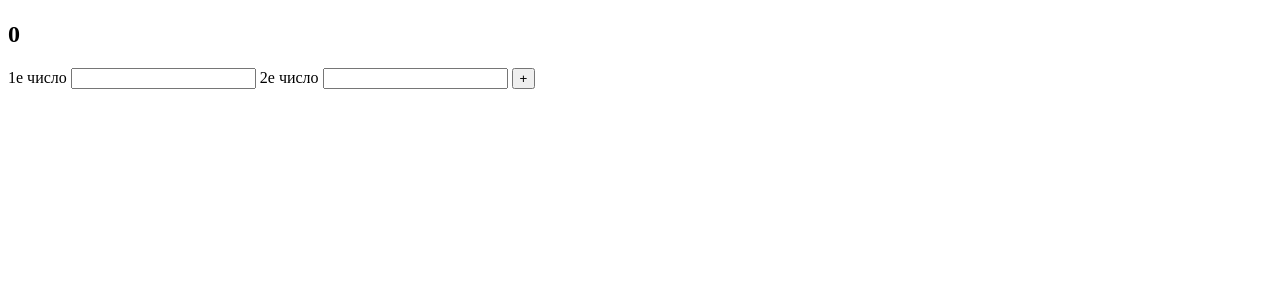
Repository: Serkebaeva/Phoenix
Page: index.html
The author's editor kept a copy of each file at every save. The page is drawn from the files as they stood at one save, then again after the next save.
The browser window is 1280 px wide. The pictures show the whole page.

Above is the page before, as saved 2022-10-29 20:44:25.

After the next save:
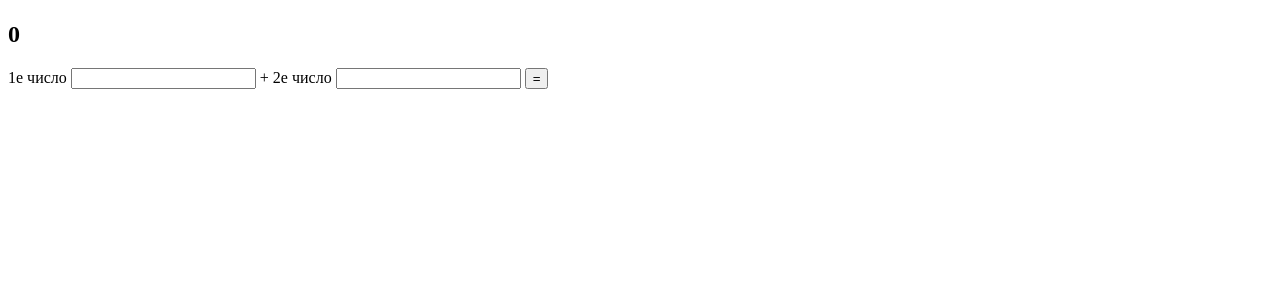
Saved 32 s later.
--- a/index.html
+++ b/index.html
@@ -14,13 +14,13 @@
       1e число
       <input type="number" id="number-1" />
     </label>
-
+    +
     <label>
       2e число
       <input type="number" id="number-2" />
     </label>
 
-    <button id="calculate">+</button>
+    <button id="calculate">=</button>
 
     <!--<script src="Задание-2.js"></script>-->
     <script src="calculatorTask.js"></script>
